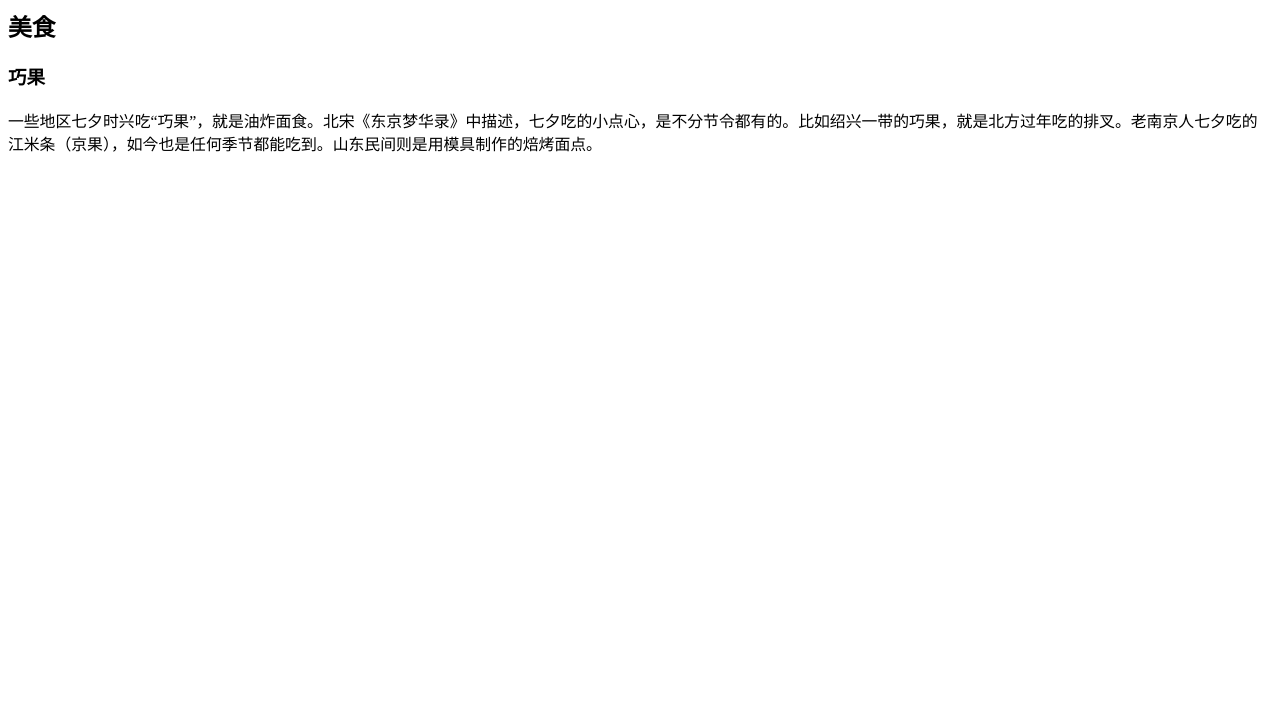
Repository: XueJie1/computer-operation-basics
Page: pages/qixifes/cuisine.html
The author's editor kept a copy of each file at every save. The page is drawn from the files as they stood at one save, then again after the next save.
The browser window is 1280 px wide. The pictures show the whole page, at 99% of full size.

Above is the page before, as saved 2023-09-12 22:28:50.

### pages/qixifes/cuisine.html
<h2>美食</h2>
<h3>巧果</h3>
<p>一些地区七夕时兴吃“巧果”，就是油炸面食。北宋《东京梦华录》中描述，七夕吃的小点心，是不分节令都有的。比如绍兴一带的巧果，就是北方过年吃的排叉。老南京人七夕吃的江米条（京果），如今也是任何季节都能吃到。山东民间则是用模具制作的焙烤面点。
</p>

After the next save:
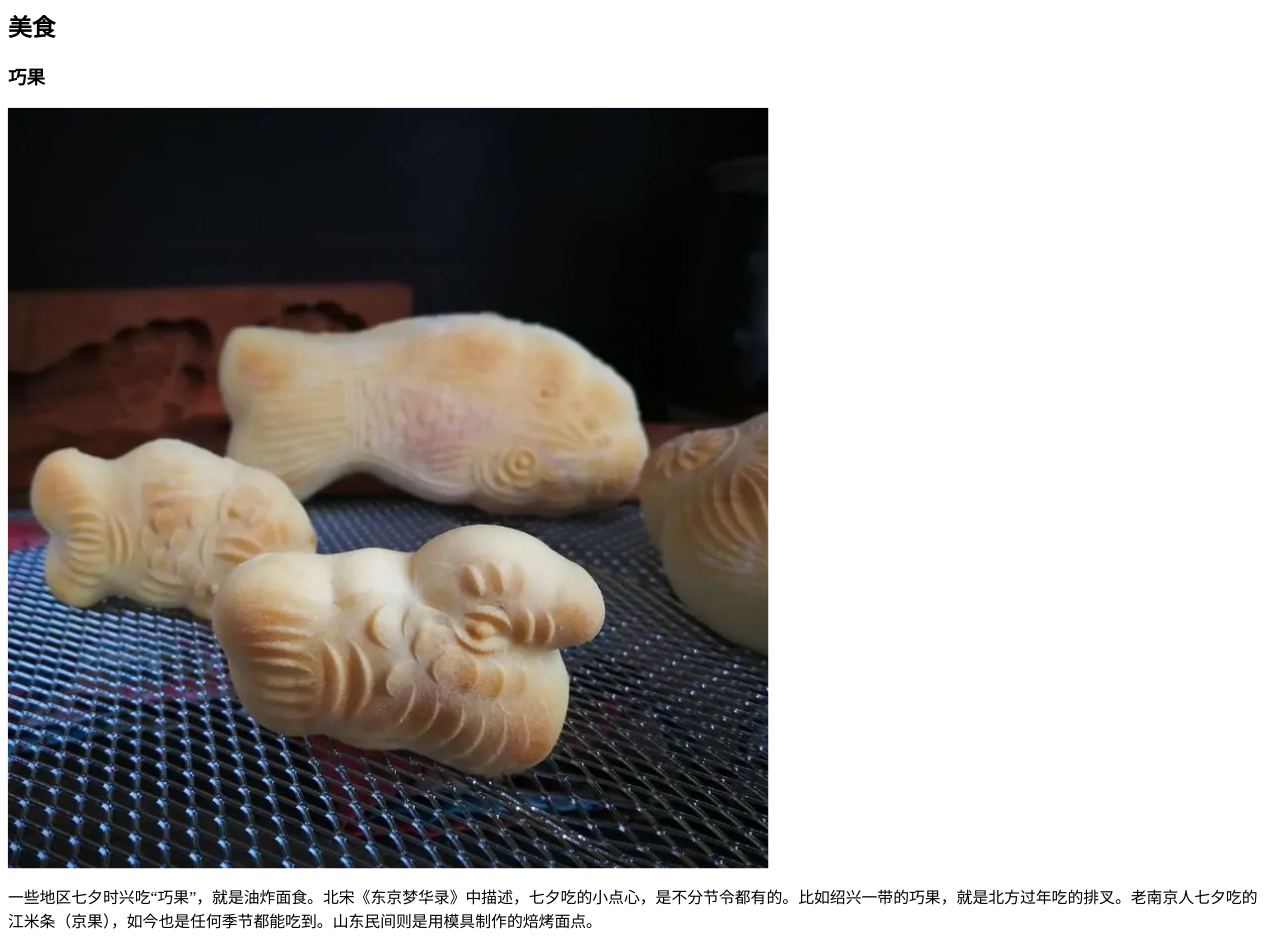
Saved 52 s later.
--- a/pages/qixifes/cuisine.html
+++ b/pages/qixifes/cuisine.html
@@ -1,4 +1,7 @@
 <h2>美食</h2>
 <h3>巧果</h3>
+<div class="img">
+    <img src="../../img/qiaoguo.webp">
+</div>
 <p>一些地区七夕时兴吃“巧果”，就是油炸面食。北宋《东京梦华录》中描述，七夕吃的小点心，是不分节令都有的。比如绍兴一带的巧果，就是北方过年吃的排叉。老南京人七夕吃的江米条（京果），如今也是任何季节都能吃到。山东民间则是用模具制作的焙烤面点。
 </p>
